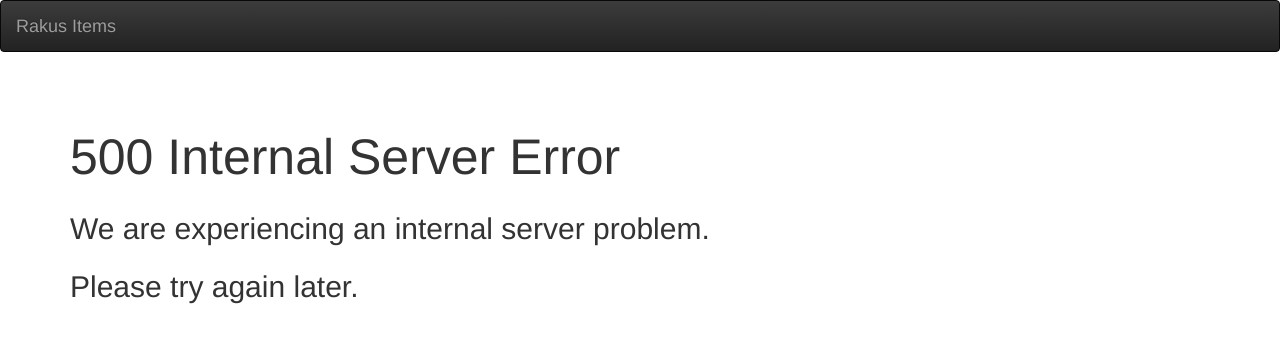
Repository: saia-i/massivedata-issue
Page: http://localhost/error/500
An editor plug-in stored every save of this project. The page is shown before and after the next save, followed by the edit.
The browser window is 1280 px wide. The pictures show the whole page.
The page is this project's Thymeleaf template; nobody is signed in. The template is opened directly, without the code that normally fills it, so the values that code supplies are empty.

Above is the page before, as saved 2023-01-02 13:22:52.

After the next save:
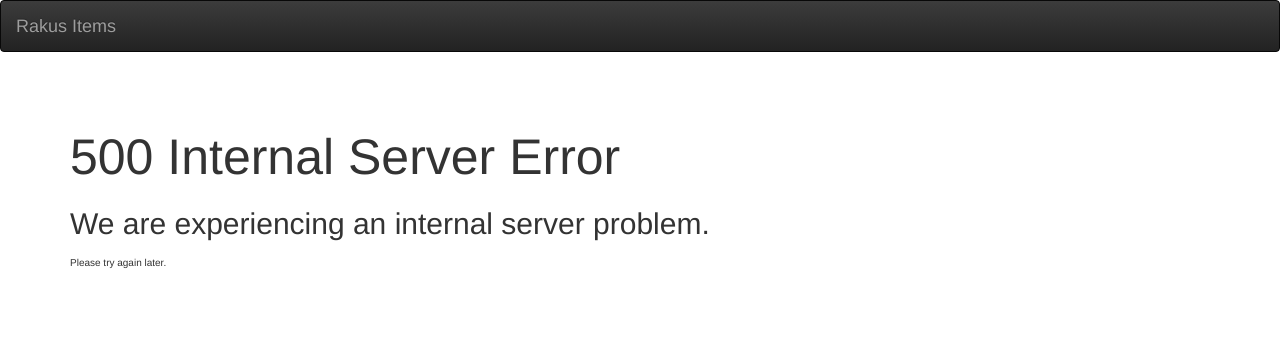
Saved 57 s later.
--- a/mercari/src/main/resources/templates/error/500.html
+++ b/mercari/src/main/resources/templates/error/500.html
@@ -29,8 +29,8 @@
 	<!-- login form -->
 	<div class="container">
 			<div style="font-size: 50px; margin-top:50px;">500 Internal Server Error</div>
-			<div style="font-size: 30px; margin-top:15px;">We are experiencing an internal server problem.</div>
-			<div style="font-size: 30px; margin-top:15px;">Please try again later.</div>
+			<div style="font-size: 30px; margin-top:10px;">We are experiencing an internal server problem.</div>
+			<div style="font-size: 10px; margin-top:10px;">Please try again later.</div>
 	</div>
 </body>
 
